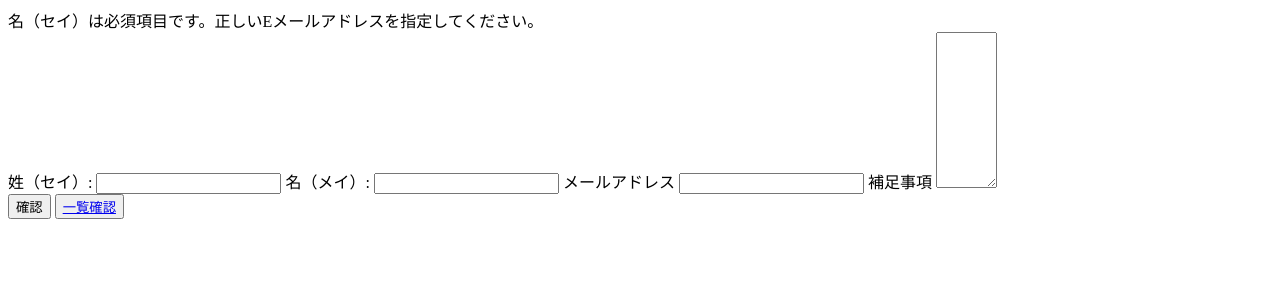
Repository: yoshiryoryo/phpform2
Page: http://localhost/validate.php
These files come from the project's save history. The page is drawn as it stood at one moment and after the next save; the edit follows.
The browser window is 1280 px wide. The pictures show the whole page.
The page is run by PHP 8.4 with error messages shown; the project is at /var/www/html/.

Above is the page before, as saved 2021-03-05 12:10:33.

After the next save:
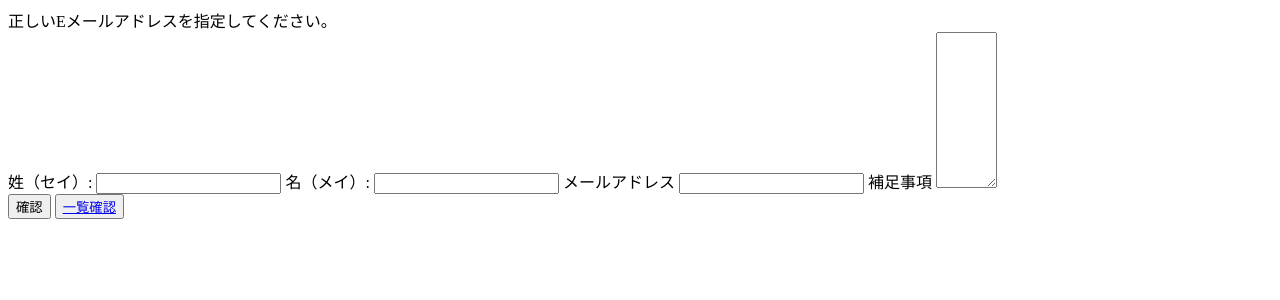
Saved 7 s later.
--- a/validate.php
+++ b/validate.php
@@ -29,7 +29,7 @@ if(empty($sei)){
 
 // 名（メイ）の場合
 if(empty($mei)){
-    echo '名（セイ）は必須項目です。';
+     '名（セイ）は必須項目です。';
   } elseif (preg_match("/^[ァ-ヶー]+$/u", $mei)) {
     echo '全角カナで入力してください。';
   }
